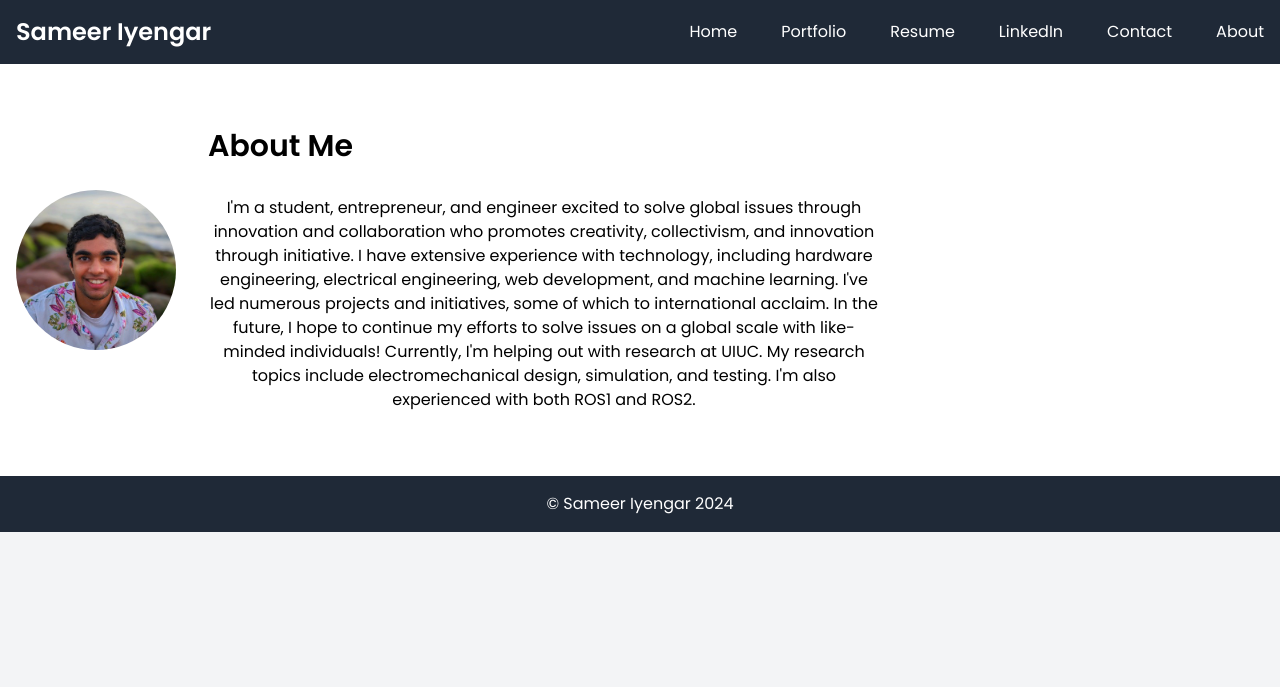
Repository: siyengar04/siyengar04.github.io
Page: about.html
The author's editor kept a copy of each file at every save. The page is drawn from the files as they stood at one save, then again after the next save.
The browser window is 1280 px wide. The pictures show the whole page.
Some web libraries are served in a nearby version.

Above is the page before, as saved 2024-11-01 13:43:25.

### about.html
<!DOCTYPE html>
<html lang="en">

<head>
    <meta charset="UTF-8">
    <meta name="viewport" content="width=device-width, initial-scale=1.0">
    <title>Photography Portfolio</title>
    <script src="https://cdn.tailwindcss.com"></script>
    <link href="/src/output.css" rel="stylesheet">
    <link href="https://fonts.googleapis.com/css2?family=Poppins:wght@300;400;600&display=swap" rel="stylesheet">
    <style>
        body {
            font-family: 'Poppins', sans-serif;
        }
    </style>
</head>

<body class="bg-gray-100">
    <header class="bg-gray-800 text-white py-4">
        <div class="container mx-auto flex justify-between items-center px-4">
            <h1 class="text-2xl font-semibold">Sameer Iyengar</h1>
            <div class="md:hidden">
                <button id="nav-toggle" class="text-white focus:outline-none">
                    <svg xmlns="http://www.w3.org/2000/svg" class="h-6 w-6" fill="none" viewBox="0 0 24 24" stroke="currentColor">
                        <path stroke-linecap="round" stroke-linejoin="round" stroke-width="2" d="M4 6h16M4 12h16m-7 6h7" />
                    </svg>
                </button>
            </div>
            <nav id="nav-menu" class="hidden md:flex md:space-x-6">
                <ul class="flex flex-col md:flex-row space-y-4 md:space-y-0 md:space-x-6">
                    <li><a href="index.html" class="hover:text-gray-400">Home</a></li>
                    <li><a href="/portfolio.html" class="hover:text-gray-400">Portfolio</a></li>
                    <li><a href="/resume.html" class="hover:text-gray-400">Resume</a></li>
                    <li><a href="https://www.linkedin.com/in/sameer-iyengar/" class="hover:text-gray-400">LinkedIn</a></li>
                    <li><a href="/contact.html" class="hover:text-gray-400">Contact</a></li>
                    <li><a href="/about.html" class="hover:text-gray-400">About</a></li>
                </ul>
            </nav>
        </div>
    </header>
    <section id="about" class="about py-16 bg-white">
        <div class="container mx-auto px-4 flex flex-col md:flex-row items-center">
            <img src="/images/profile.jpg" alt="Profile Picture" class="w-40 h-40 rounded-full mb-8 md:mb-0 md:mr-8">
            <div class="text-center md:text-left">
                <h2 class="text-3xl font-bold mb-8">About Me</h2>
                <p class="text-center max-w-2xl mx-auto">I'm a student, entrepreneur, and engineer excited to solve global issues through innovation and collaboration who promotes creativity, collectivism, and innovation through initiative. I have extensive experience with technology, including hardware engineering, electrical engineering, web development, and machine learning. I've led numerous projects and initiatives, some of which to international acclaim. In the future, I hope to continue my efforts to solve issues on a global scale with like-minded individuals! Currently, I'm helping out with research at UIUC. My research topics include electromechanical design, simulation, and testing. I'm also experienced with both ROS1 and ROS2. </p>
            </div>
        </div>
    </section>


    <footer class="bg-gray-800 text-white text-center py-4">
        <div class="container mx-auto">
            <p>&copy; Sameer Iyengar 2024</p>
        </div>
    </footer>

    <script>
        const navToggle = document.getElementById('nav-toggle');
        const navMenu = document.getElementById('nav-menu');

        navToggle.addEventListener('click', () => {
            navMenu.classList.toggle('hidden');
        });
    </script>
</body>

</html>

### src/output.css
*, ::before, ::after {
  --tw-border-spacing-x: 0;
  --tw-border-spacing-y: 0;
  --tw-translate-x: 0;
  --tw-translate-y: 0;
  --tw-rotate: 0;
  --tw-skew-x: 0;
  --tw-skew-y: 0;
  --tw-scale-x: 1;
  --tw-scale-y: 1;
  --tw-pan-x:  ;
  --tw-pan-y:  ;
  --tw-pinch-zoom:  ;
  --tw-scroll-snap-strictness: proximity;
  --tw-gradient-from-position:  ;
  --tw-gradient-via-position:  ;
  --tw-gradient-to-position:  ;
  --tw-ordinal:  ;
  --tw-slashed-zero:  ;
  --tw-numeric-figure:  ;
  --tw-numeric-spacing:  ;
  --tw-numeric-fraction:  ;
  --tw-ring-inset:  ;
  --tw-ring-offset-width: 0px;
  --tw-ring-offset-color: #fff;
  --tw-ring-color: rgb(59 130 246 / 0.5);
  --tw-ring-offset-shadow: 0 0 #0000;
  --tw-ring-shadow: 0 0 #0000;
  --tw-shadow: 0 0 #0000;
  --tw-shadow-colored: 0 0 #0000;
  --tw-blur:  ;
  --tw-brightness:  ;
  --tw-contrast:  ;
  --tw-grayscale:  ;
  --tw-hue-rotate:  ;
  --tw-invert:  ;
  --tw-saturate:  ;
  --tw-sepia:  ;
  --tw-drop-shadow:  ;
  --tw-backdrop-blur:  ;
  --tw-backdrop-brightness:  ;
  --tw-backdrop-contrast:  ;
  --tw-backdrop-grayscale:  ;
  --tw-backdrop-hue-rotate:  ;
  --tw-backdrop-invert:  ;
  --tw-backdrop-opacity:  ;
  --tw-backdrop-saturate:  ;
  --tw-backdrop-sepia:  ;
  --tw-contain-size:  ;
  --tw-contain-layout:  ;
  --tw-contain-paint:  ;
  --tw-contain-style:  ;
}

::backdrop {
  --tw-border-spacing-x: 0;
  --tw-border-spacing-y: 0;
  --tw-translate-x: 0;
  --tw-translate-y: 0;
  --tw-rotate: 0;
  --tw-skew-x: 0;
  --tw-skew-y: 0;
  --tw-scale-x: 1;
  --tw-scale-y: 1;
  --tw-pan-x:  ;
  --tw-pan-y:  ;
  --tw-pinch-zoom:  ;
  --tw-scroll-snap-strictness: proximity;
  --tw-gradient-from-position:  ;
  --tw-gradient-via-position:  ;
  --tw-gradient-to-position:  ;
  --tw-ordinal:  ;
  --tw-slashed-zero:  ;
  --tw-numeric-figure:  ;
  --tw-numeric-spacing:  ;
  --tw-numeric-fraction:  ;
  --tw-ring-inset:  ;
  --tw-ring-offset-width: 0px;
  --tw-ring-offset-color: #fff;
  --tw-ring-color: rgb(59 130 246 / 0.5);
  --tw-ring-offset-shadow: 0 0 #0000;
  --tw-ring-shadow: 0 0 #0000;
  --tw-shadow: 0 0 #0000;
  --tw-shadow-colored: 0 0 #0000;
  --tw-blur:  ;
  --tw-brightness:  ;
  --tw-contrast:  ;
  --tw-grayscale:  ;
  --tw-hue-rotate:  ;
  --tw-invert:  ;
  --tw-saturate:  ;
  --tw-sepia:  ;
  --tw-drop-shadow:  ;
  --tw-backdrop-blur:  ;
  --tw-backdrop-brightness:  ;
  --tw-backdrop-contrast:  ;
  --tw-backdrop-grayscale:  ;
  --tw-backdrop-hue-rotate:  ;
  --tw-backdrop-invert:  ;
  --tw-backdrop-opacity:  ;
  --tw-backdrop-saturate:  ;
  --tw-backdrop-sepia:  ;
  --tw-contain-size:  ;
  --tw-contain-layout:  ;
  --tw-contain-paint:  ;
  --tw-contain-style:  ;
}

/*
! tailwindcss v3.4.14 | MIT License | https://tailwindcss.com
*/

/*
1. Prevent padding and border from affecting element width. (https://github.com/mozdevs/cssremedy/issues/4)
2. Allow adding a border to an element by just adding a border-width. (https://github.com/tailwindcss/tailwindcss/pull/116)
*/

*,
::before,
::after {
  box-sizing: border-box;
  /* 1 */
  border-width: 0;
  /* 2 */
  border-style: solid;
  /* 2 */
  border-color: #e5e7eb;
  /* 2 */
}

::before,
::after {
  --tw-content: '';
}

/*
1. Use a consistent sensible line-height in all browsers.
2. Prevent adjustments of font size after orientation changes in iOS.
3. Use a more readable tab size.
4. Use the user's configured `sans` font-family by default.
5. Use the user's configured `sans` font-feature-settings by default.
6. Use the user's configured `sans` font-variation-settings by default.
7. Disable tap highlights on iOS
*/

html,
:host {
  line-height: 1.5;
  /* 1 */
  -webkit-text-size-adjust: 100%;
  /* 2 */
  -moz-tab-size: 4;
  /* 3 */
  -o-tab-size: 4;
     tab-size: 4;
  /* 3 */
  font-family: ui-sans-serif, system-ui, sans-serif, "Apple Color Emoji", "Segoe UI Emoji", "Segoe UI Symbol", "Noto Color Emoji";
  /* 4 */
  font-feature-settings: normal;
  /* 5 */
  font-variation-settings: normal;
  /* 6 */
  -webkit-tap-highlight-color: transparent;
  /* 7 */
}

/*
1. Remove the margin in all browsers.
2. Inherit line-height from `html` so users can set them as a class directly on the `html` element.
*/

body {
  margin: 0;
  /* 1 */
  line-height: inherit;
  /* 2 */
}

/*
1. Add the correct height in Firefox.
2. Correct the inheritance of border color in Firefox. (https://bugzilla.mozilla.org/show_bug.cgi?id=190655)
3. Ensure horizontal rules are visible by default.
*/

hr {
  height: 0;
  /* 1 */
  color: inherit;
  /* 2 */
  border-top-width: 1px;
  /* 3 */
}

/*
Add the correct text decoration in Chrome, Edge, and Safari.
*/

abbr:where([title]) {
  -webkit-text-decoration: underline dotted;
          text-decoration: underline dotted;
}

/*
Remove the default font size and weight for headings.
*/

h1,
h2,
h3,
h4,
h5,
h6 {
  font-size: inherit;
  font-weight: inherit;
}

/*
Reset links to optimize for opt-in styling instead of opt-out.
*/

a {
  color: inherit;
  text-decoration: inherit;
}

/*
Add the correct font weight in Edge and Safari.
*/

b,
strong {
  font-weight: bolder;
}

/*
1. Use the user's configured `mono` font-family by default.
2. Use the user's configured `mono` font-feature-settings by default.
3. Use the user's configured `mono` font-variation-settings by default.
4. Correct the odd `em` font sizing in all browsers.
*/

code,
kbd,
samp,
pre {
  font-family: ui-monospace, SFMono-Regular, Menlo, Monaco, Consolas, "Liberation Mono", "Courier New", monospace;
  /* 1 */
  font-feature-settings: normal;
  /* 2 */
  font-variation-settings: normal;
  /* 3 */
  font-size: 1em;
  /* 4 */
}

/*
Add the correct font size in all browsers.
*/

small {
  font-size: 80%;
}

/*
Prevent `sub` and `sup` elements from affecting the line height in all browsers.
*/

sub,
sup {
  font-size: 75%;
  line-height: 0;
  position: relative;
  vertical-align: baseline;
}

sub {
  bottom: -0.25em;
}

sup {
  top: -0.5em;
}

/*
1. Remove text indentation from table contents in Chrome and Safari. (https://bugs.chromium.org/p/chromium/issues/detail?id=999088, https://bugs.webkit.org/show_bug.cgi?id=201297)
2. Correct table border color inheritance in all Chrome and Safari. (https://bugs.chromium.org/p/chromium/issues/detail?id=935729, https://bugs.webkit.org/show_bug.cgi?id=195016)
3. Remove gaps between table borders by default.
*/

table {
  text-indent: 0;
  /* 1 */
  border-color: inherit;
  /* 2 */
  border-collapse: collapse;
  /* 3 */
}

/*
1. Change the font styles in all browsers.
2. Remove the margin in Firefox and Safari.
3. Remove default padding in all browsers.
*/

button,
input,
optgroup,
select,
textarea {
  font-family: inherit;
  /* 1 */
  font-feature-settings: inherit;
  /* 1 */
  font-variation-settings: inherit;
  /* 1 */
  font-size: 100%;
  /* 1 */
  font-weight: inherit;
  /* 1 */
  line-height: inherit;
  /* 1 */
  letter-spacing: inherit;
  /* 1 */
  color: inherit;
  /* 1 */
  margin: 0;
  /* 2 */
  padding: 0;
  /* 3 */
}

/*
Remove the inheritance of text transform in Edge and Firefox.
*/

button,
select {
  text-transform: none;
}

/*
1. Correct the inability to style clickable types in iOS and Safari.
2. Remove default button styles.
*/

button,
input:where([type='button']),
input:where([type='reset']),
input:where([type='submit']) {
  -webkit-appearance: button;
  /* 1 */
  background-color: transparent;
  /* 2 */
  background-image: none;
  /* 2 */
}

/*
Use the modern Firefox focus style for all focusable elements.
*/

:-moz-focusring {
  outline: auto;
}

/*
Remove the additional `:invalid` styles in Firefox. (https://github.com/mozilla/gecko-dev/blob/2f9eacd9d3d995c937b4251a5557d95d494c9be1/layout/style/res/forms.css#L728-L737)
*/

:-moz-ui-invalid {
  box-shadow: none;
}

/*
Add the correct vertical alignment in Chrome and Firefox.
*/

progress {
  vertical-align: baseline;
}

/*
Correct the cursor style of increment and decrement buttons in Safari.
*/

::-webkit-inner-spin-button,
::-webkit-outer-spin-button {
  height: auto;
}

/*
1. Correct the odd appearance in Chrome and Safari.
2. Correct the outline style in Safari.
*/

[type='search'] {
  -webkit-appearance: textfield;
  /* 1 */
  outline-offset: -2px;
  /* 2 */
}

/*
Remove the inner padding in Chrome and Safari on macOS.
*/

::-webkit-search-decoration {
  -webkit-appearance: none;
}

/*
1. Correct the inability to style clickable types in iOS and Safari.
2. Change font properties to `inherit` in Safari.
*/

::-webkit-file-upload-button {
  -webkit-appearance: button;
  /* 1 */
  font: inherit;
  /* 2 */
}

/*
Add the correct display in Chrome and Safari.
*/

summary {
  display: list-item;
}

/*
Removes the default spacing and border for appropriate elements.
*/

blockquote,
dl,
dd,
h1,
h2,
h3,
h4,
h5,
h6,
hr,
figure,
p,
pre {
  margin: 0;
}

fieldset {
  margin: 0;
  padding: 0;
}

legend {
  padding: 0;
}

ol,
ul,
menu {
  list-style: none;
  margin: 0;
  padding: 0;
}

/*
Reset default styling for dialogs.
*/

dialog {
  padding: 0;
}

/*
Prevent resizing textareas horizontally by default.
*/

textarea {
  resize: vertical;
}

/*
1. Reset the default placeholder opacity in Firefox. (https://github.com/tailwindlabs/tailwindcss/issues/3300)
2. Set the default placeholder color to the user's configured gray 400 color.
*/

input::-moz-placeholder, textarea::-moz-placeholder {
  opacity: 1;
  /* 1 */
  color: #9ca3af;
  /* 2 */
}

input::placeholder,
textarea::placeholder {
  opacity: 1;
  /* 1 */
  color: #9ca3af;
  /* 2 */
}

/*
Set the default cursor for buttons.
*/

button,
[role="button"] {
  cursor: pointer;
}

/*
Make sure disabled buttons don't get the pointer cursor.
*/

:disabled {
  cursor: default;
}

/*
1. Make replaced elements `display: block` by default. (https://github.com/mozdevs/cssremedy/issues/14)
2. Add `vertical-align: middle` to align replaced elements more sensibly by default. (https://github.com/jensimmons/cssremedy/issues/14#issuecomment-634934210)
   This can trigger a poorly considered lint error in some tools but is included by design.
*/

img,
svg,
video,
canvas,
audio,
iframe,
embed,
object {
  display: block;
  /* 1 */
  vertical-align: middle;
  /* 2 */
}

/*
Constrain images and videos to the parent width and preserve their intrinsic aspect ratio. (https://github.com/mozdevs/cssremedy/issues/14)
*/

img,
video {
  max-width: 100%;
  height: auto;
}

/* Make elements with the HTML hidden attribute stay hidden by default */

[hidden]:where(:not([hidden="until-found"])) {
  display: none;
}

body {
  font-family: 'Poppins', sans-serif;
  margin: 0;
  padding: 0;
  box-sizing: border-box;
}

header {
  background-color: #333;
  padding: 20px 0;
  color: #fff;
}

header nav ul {
  display: flex;
  list-style-type: none;
  gap: 20px;
}

header nav ul li a {
  color: #fff;
  text-decoration: none;
}

.hero {
  background: url('images/hero.jpg') no-repeat center center/cover;
  height: 80vh;
  display: flex;
  align-items: center;
  justify-content: center;
  color: #fff;
  text-align: center;
}

.portfolio {
  padding: 40px 0;
}

.gallery {
  display: grid;
  grid-template-columns: repeat(auto-fit, minmax(200px, 1fr));
  gap: 20px;
}

.gallery img {
  width: 100%;
  height: auto;
}

.contact-btn {
  background-color: #333;
  color: #fff;
  padding: 10px 20px;
  text-decoration: none;
  border-radius: 5px;
}

footer {
  background-color: #333;
  color: #fff;
  text-align: center;
  padding: 10px 0;
}

After the next save:
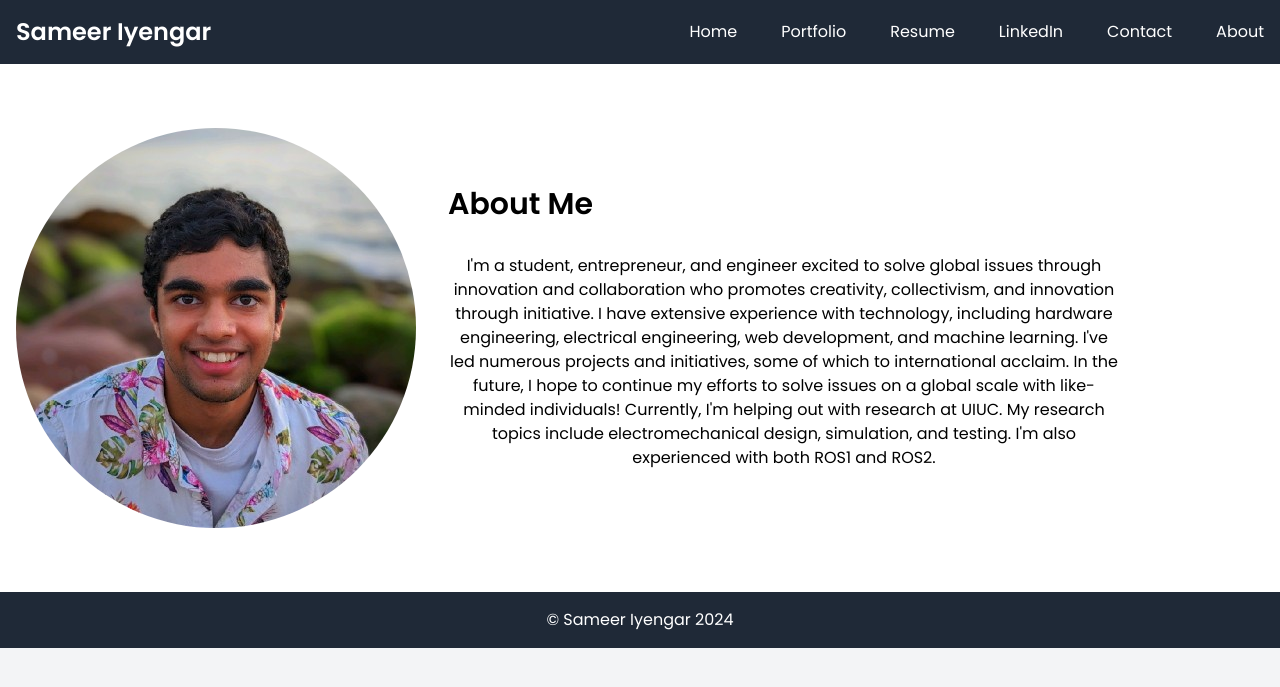
Saved 91 s later.
--- a/about.html
+++ b/about.html
@@ -40,7 +40,7 @@
     </header>
     <section id="about" class="about py-16 bg-white">
         <div class="container mx-auto px-4 flex flex-col md:flex-row items-center">
-            <img src="/images/profile.jpg" alt="Profile Picture" class="w-40 h-40 rounded-full mb-8 md:mb-0 md:mr-8">
+            <img src="/images/profile.jpg" alt="Profile Picture" class="w-100 h-100 rounded-full mb-8 md:mb-0 md:mr-8">
             <div class="text-center md:text-left">
                 <h2 class="text-3xl font-bold mb-8">About Me</h2>
                 <p class="text-center max-w-2xl mx-auto">I'm a student, entrepreneur, and engineer excited to solve global issues through innovation and collaboration who promotes creativity, collectivism, and innovation through initiative. I have extensive experience with technology, including hardware engineering, electrical engineering, web development, and machine learning. I've led numerous projects and initiatives, some of which to international acclaim. In the future, I hope to continue my efforts to solve issues on a global scale with like-minded individuals! Currently, I'm helping out with research at UIUC. My research topics include electromechanical design, simulation, and testing. I'm also experienced with both ROS1 and ROS2. </p>
